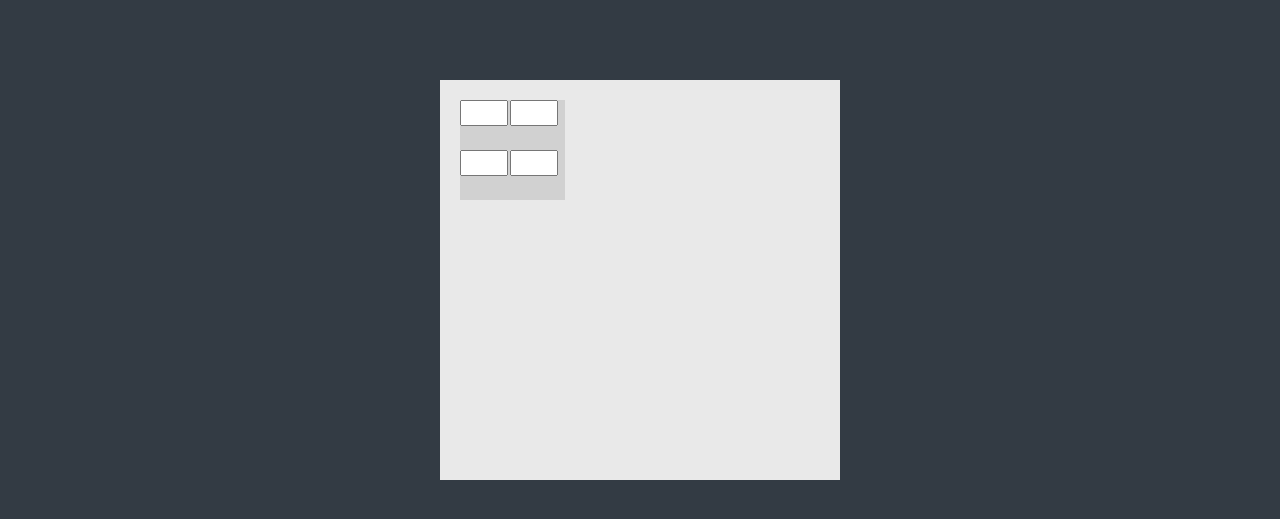
Repository: piookr-wsei/8086
Page: /
The author's editor kept a copy of each file at every save. The page is drawn from the files as they stood at one save, then again after the next save.
The browser window is 1280 px wide. The pictures show the whole page.
The project was rebuilt for these pictures with package versions that can differ from the ones it lists, and the page was loaded fresh each time.

Above is the page before, as saved 2022-06-17 00:06:17.

After the next save:
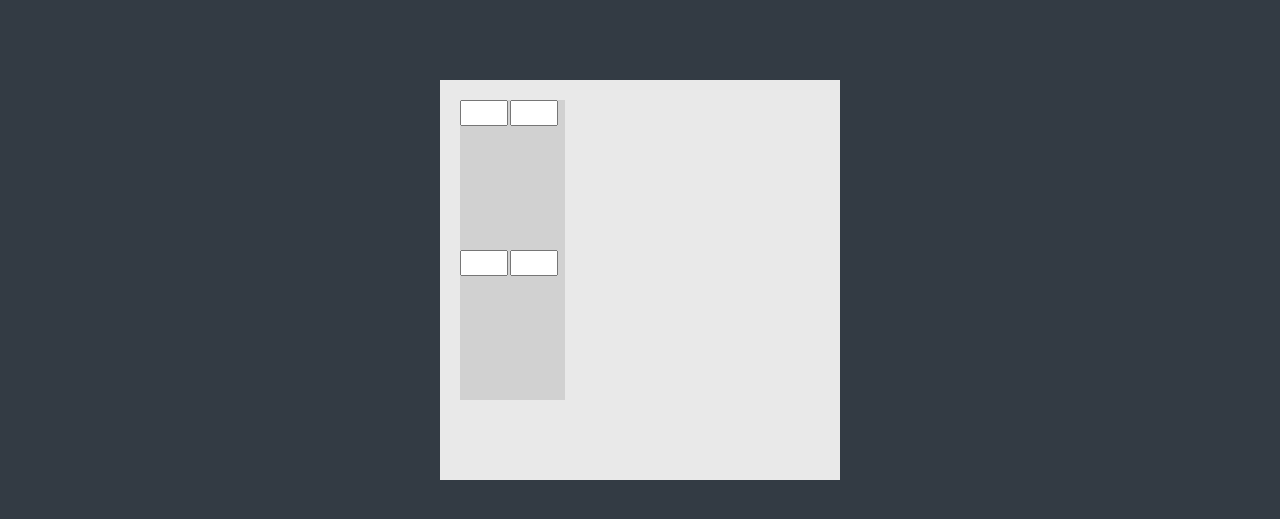
Saved 8 s later.
--- a/src/Components/Components.elements.js
+++ b/src/Components/Components.elements.js
@@ -16,7 +16,7 @@ border: 20px solid transparent;
 
 export const RegWrapper = styled.div`
 width: 105px;
-min-height: 100px;
+min-height: 300px;
 background: rgba(0,0,0,0.1);
 position: relative;
 left: 0;
